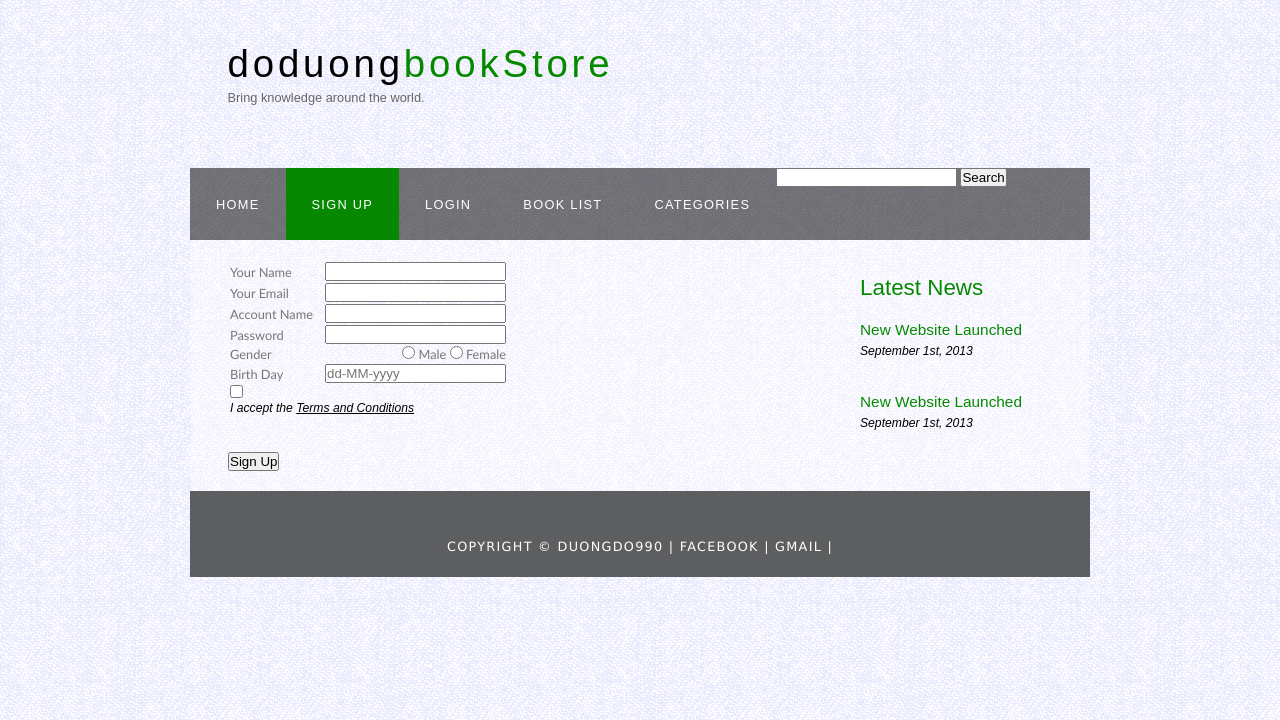
Repository: ngttuyen/JavaWeb
Page: http://localhost/MyWebsite/signup.jsp
These files come from the project's save history. The page is drawn as it stood at one moment and after the next save; the edit follows.
The browser window is 1280 px wide. The pictures show the whole page.
The page is served by Tomcat 9. Other server files are loaded and not shown.

Above is the page before, as saved 2019-06-02 08:58:00.

### MyWebsite/WebContent/signup.jsp
<%@page contentType="text/html" pageEncoding="utf-8"%>
<%@ include file="includes/head.jsp"%>
<body>
	<div id="main">
		<div id="header">
			<div id="logo">
				<div id="logo_text">
					<!-- class="logo_colour", allows you to change the colour of the text -->
					<h1>
						<a href="index.jsp">doduong<span class="logo_colour">bookStore</span></a>
					</h1>
					<h2>Bring knowledge around the world.</h2>
				</div>
			</div>
			<div id="menubar">
				<ul id="menu">
					<!-- put class="selected" in the li tag for the selected page - to highlight which page you're on -->
					<li><a href="index.jsp">Home</a></li>
					<li class="selected"><a href="signup.jsp">Sign Up</a></li>
					<li><a href="login.jsp">Login</a></li>
					<li><a href="book.jsp">Book List</a></li>
					<li><a href="categories.jsp">Categories</a></li>
				</ul>
				<form method="get" action="" id="searchForm">
					<input type="text" name="search" class="styled-input">
					<button class="button" type="submit">Search</button>
				</form>
			</div>

		</div>
		<div id="site_content">
			<%@ include file="/includes/sidebar.jsp"%>
			<div id="content">
				<!-- -------------------------your code here---------------------- --->
				<form method="post" action="ProcessSignUp">
					<table class="login-signup">
						<tr>
							<td><label>Your Name</label></td>
							<td class="right"><input type="text" name="name"
								class="styled-input"></td>
						</tr>
						<tr>
							<td><label>Your Email</label></td>
							<td class="right"><input type="text" name="email"
								class="styled-input"></td>
						</tr>
						<tr>
							<td><label>Account Name</label></td>
							<td class="right"><input type="text" name="id"
								class="styled-input"></td>
						</tr>
						<tr>
							<td><label>Password</label></td>
							<td class="right"><input type="password" name="pw"
								class="styled-input"></td>
						</tr>
						<tr>
							<td><label>Gender</label></td>
							<td class="right"><input class="gender-radio" type="radio"
								name="gender" value="male"> Male <input
								class="gender-radio" type="radio" name="gender" value="female">
									Female</td>
						</tr>
						<tr>
							<td><label>Birth Day</label></td>
							<td class="right"><input type="text" name="dob"
								class="styled-input" placeholder="dd-MM-yyyy"></td>
						</tr>
						<tr>
							<td colspan="2"><input type="checkbox" required name="terms">
							<h5>
									I accept the <u>Terms and Conditions</u>
								</h5>
								</p></td>
						</tr>
					</table>
					<button class="button" type="submit">Sign Up</button>
				</form>
				<!-- -------------------------your code here---------------------- --->
			</div>
		</div>
		<div id="footer">
			<!---footer here --->
			<%@ include file="/includes/footer.jsp"%>
		</div>
	</div>
</body>
</html>

### MyWebsite/WebContent/includes/head.jsp
<%@page contentType="text/html" pageEncoding="utf-8" %>
<!doctype html>
<html>

<head>
  <title>doduong's BookStore</title>
  <meta name="description" content="website description" />
  <meta name="keywords" content="website keywords, website keywords" />
  <meta http-equiv="content-type" content="text/html; charset=windows-1252" />
  <link rel="stylesheet"href="styles/style.css" title="style">
</head>

### MyWebsite/WebContent/includes/sidebar.jsp
<%@page contentType="text/html" pageEncoding="utf-8"%>
<div class="sidebar">
	<!-- insert your sidebar items here -->
	<h3>Latest News</h3>
	<h4>New Website Launched</h4>
	<h5>September 1st, 2013</h5>
	<p></p>
	<h4>New Website Launched</h4>
	<h5>September 1st, 2013</h5>
</div>

### MyWebsite/WebContent/includes/footer.jsp
<%@page contentType="text/html" pageEncoding="utf-8"%>
<div id="footer">
	Copyright &copy; duongdo990 | <a
		href="#">Facebook</a> | <a
		href="#">Gmail</a> |
</div>
</div>

### MyWebsite/WebContent/styles/style.css
html
{ height: 100%;}

*
{ margin: 0;
  padding: 0;}

body
{ font: normal .80em 'trebuchet ms', arial, sans-serif;
  background: #F0EFE2 url(../images/background.png) repeat;
  color: #777;}

p
{ padding: 0 0 20px 0;
  line-height: 1.7em;}

img
{ border: 0;}

h1, h2, h3, h4, h5, h6
{ font: normal 175% 'century gothic', arial, sans-serif;
  color: #068900;
  margin: 0 0 15px 0;
  padding: 15px 0 5px 0;}

h2
{ font: normal 175% 'century gothic', arial, sans-serif;
  color: #068900;}

h4, h5, h6
{ margin: 0;
  padding: 0 0 5px 0;
  font: normal 120% arial, sans-serif;
  color: #068900;}

h5, h6
{ font: italic 95% arial, sans-serif;
  padding: 0 0 15px 0;
  color: #000;}

h6
{ color: #362C20;}

a, a:hover
{ outline: none;
  text-decoration: underline;
  color: #FD5BFF;}

a:hover
{ text-decoration: none;}

.left
{ float: left;
  width: auto;
  margin-right: 10px;}

.right
{ float: right;
  width: auto;
  margin-left: 10px;}

.center
{ display: block;
  text-align: center;
  margin: 20px auto;}

blockquote
{ margin: 20px 0;
  padding: 10px 20px 0 20px;
  border: 1px solid #E5E5DB;
  background: #FFF;}

ul
{ margin: 2px 0 22px 17px;}

ul li
{ list-style-type: circle;
  margin: 0 0 6px 0;
  padding: 0 0 4px 5px;}

ol
{ margin: 8px 0 22px 20px;}

ol li
{ margin: 0 0 11px 0;}

#main, #logo, #menubar, #site_content, #footer
{ margin-left: auto;
  margin-right: auto;}

#header
{ height: 240px;}

#logo
{ width: 825px;
  position: relative;
  height: 168px;}

#logo #logo_text
{ position: absolute;
  top: 20px;
  left: 0;}

#logo h1, #logo h2
{ font: normal 300% 'century gothic', arial, sans-serif;
  border-bottom: 0;
  text-transform: none;
  margin: 0;}

#logo_text h1, #logo_text h1 a, #logo_text h1 a:hover
{ padding: 22px 0 0 0;
  color: #000;
  letter-spacing: 0.1em;
  text-decoration: none;}

#logo_text h1 a .logo_colour
{ color: #068900;}

#logo_text h2
{ font-size: 100%;
  padding: 4px 0 0 0;
  color: #676767;}

#menubar
{ width: 900px;
  height: 72px;
  padding: 0;
  background: transparent url(../images/transparent.png) repeat;}

ul#menu, ul#menu li
{ float: left;
  margin: 0;
  padding: 0;}

ul#menu li
{ list-style: none;}

ul#menu li a
{ letter-spacing: 0.1em;
  font: normal 100% arial, sans-serif;
  display: block;
  float: left;
  height: 37px;
  padding: 29px 26px 6px 26px;
  text-align: center;
  color: #FFF;
  text-transform: uppercase;
  text-decoration: none;
  background: transparent;}

ul#menu li a:hover, ul#menu li.selected a, ul#menu li.selected a:hover
{ color: #FFF;
  background: #068900;}

#site_content
{ width: 837px;
  overflow: hidden;
  margin: 0 auto 0 auto;
  padding: 20px 24px 20px 37px;
  background: transparent url(../images/transparent_light.png) repeat;}

.sidebar
{ float: right;
  width: 190px;
  padding: 0 15px 20px 15px;}

.sidebar ul
{ width: 178px;
  padding: 4px 0 0 0;
  margin: 4px 0 30px 0;}

.sidebar li
{ list-style: none;
  padding: 0 0 7px 0; }

.sidebar li a, .sidebar li a:hover
{ padding: 0 0 0 40px;
  display: block;
  background: transparent url(../images/link.png) no-repeat left center;}

.sidebar li a.selected
{ color: #444;
  text-decoration: none;}

#content
{ text-align: left;
  width: 595px;
  padding: 0;}

#content ul
{ margin: 2px 0 22px 0px;}

#content ul li
{ list-style-type: none;
  background: url(../images/bullet.png) no-repeat;
  margin: 0 0 6px 0;
  padding: 0 0 4px 25px;
  line-height: 1.5em;}

#footer
{ width: 900px;
  font: normal 100% 'lucida sans unicode', arial, sans-serif;
  height: 33px;
  padding: 24px 0 5px 0;
  text-align: center;
  background-color: #5d5e60;
  color: #FFF;
  text-transform: uppercase;
  letter-spacing: 0.1em;}

#footer a
{ color: #FFF;
  text-decoration: none;}

#footer a:hover
{ color: #FFF;
  text-decoration: underline;}

.search
{ color: #5D5D5D;
  border: 1px solid #BBB;
  width: 134px;
  padding: 4px;
  font: 100% arial, sans-serif;}

#colours
{ height: 0px;
  text-align: right;
  padding: 66px 16px 0px 300px;}
  /*-------------------------------------*/
/*.button {
  background-color: #068900; /* Green */
  border: none;
  color: white;
  padding: 1% 1%;
  text-align: center;
  text-decoration: none;
  display: inline-block;
  font-size: 16px;
  border-radius: 12px;
  margin-left: 2%;
}*/
/*#searchForm{
  height: 37px;
  padding: 19px 26px 6px 10%;
  text-align: center;
  color: #FFF;
  text-transform: uppercase;
  text-decoration: none;
  background: transparent;
}*/
/*.styled-input {
	height: 80%;
	border-radius: 5%;
	font-size: 15px;
	border: 1% solid #068900;
	font-weigh: bold;
}
.login-signup{
	width: 65%;
	height: 100%;
	font-size: 17px;
	color: black;
}*/

After the next save:
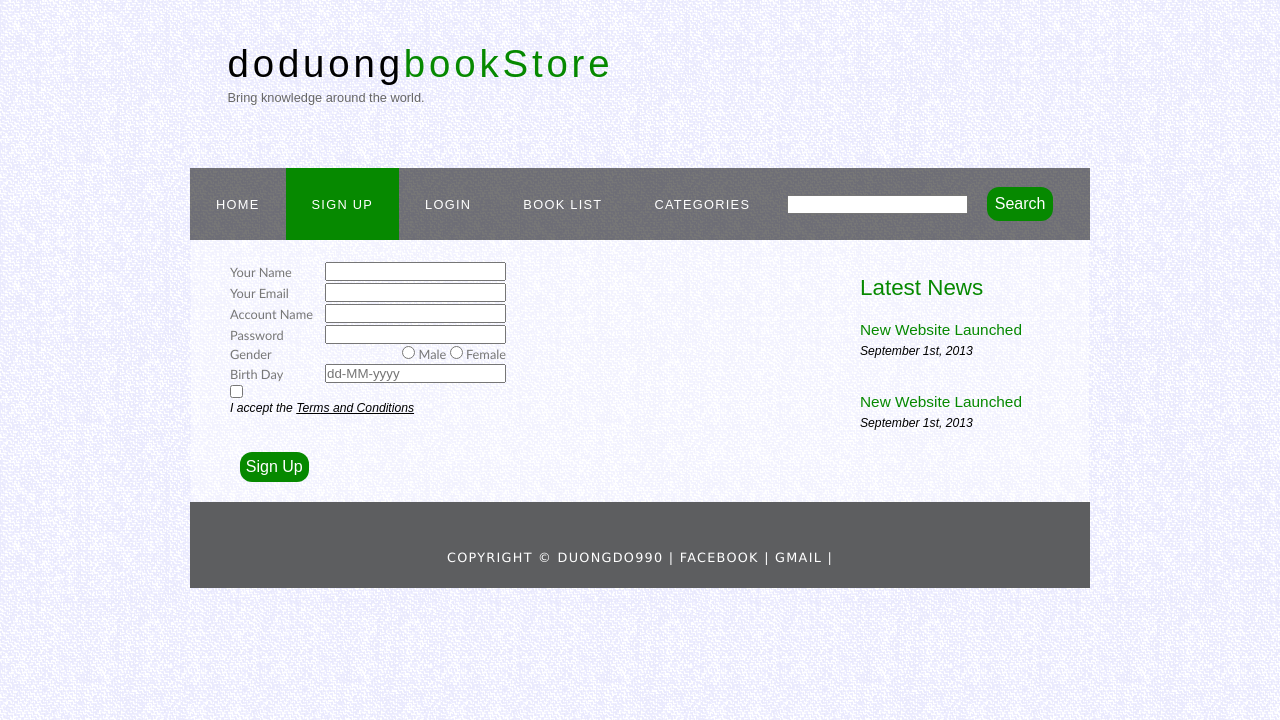
Saved 93 s later.
--- a/MyWebsite/WebContent/styles/style.css
+++ b/MyWebsite/WebContent/styles/style.css
@@ -228,7 +228,7 @@ ul#menu li a:hover, ul#menu li.selected a, ul#menu li.selected a:hover
   text-align: right;
   padding: 66px 16px 0px 300px;}
   /*-------------------------------------*/
-/*.button {
+.button {
   background-color: #068900; /* Green */
   border: none;
   color: white;
@@ -239,8 +239,8 @@ ul#menu li a:hover, ul#menu li.selected a, ul#menu li.selected a:hover
   font-size: 16px;
   border-radius: 12px;
   margin-left: 2%;
-}*/
-/*#searchForm{
+}
+#searchForm{
   height: 37px;
   padding: 19px 26px 6px 10%;
   text-align: center;
@@ -248,7 +248,7 @@ ul#menu li a:hover, ul#menu li.selected a, ul#menu li.selected a:hover
   text-transform: uppercase;
   text-decoration: none;
   background: transparent;
-}*/
+}
 /*.styled-input {
 	height: 80%;
 	border-radius: 5%;
